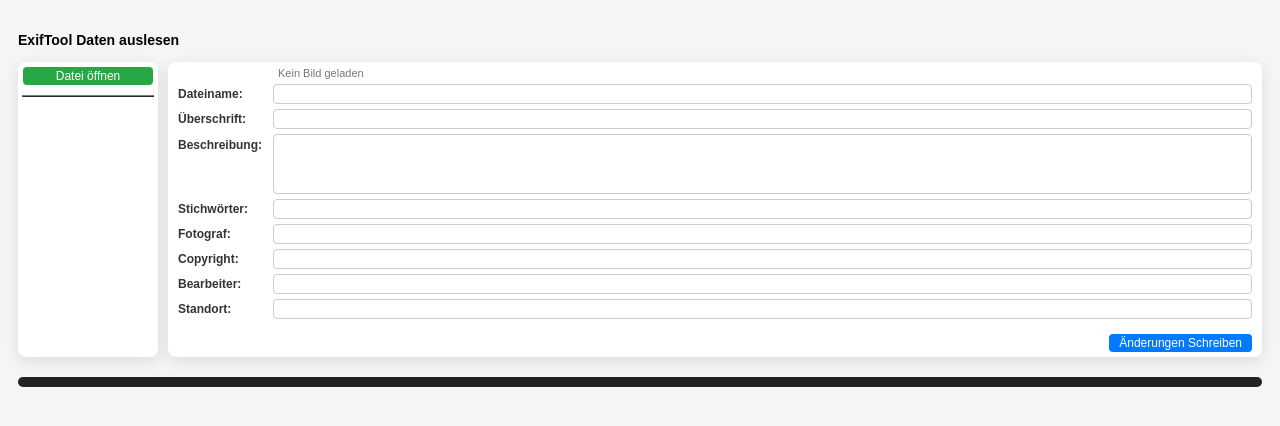
Repository: h-fahle/metadata
Page: ui/index.html
These files come from the project's save history. The page is drawn as it stood at one moment and after the next save; the edit follows.
The browser window is 1280 px wide. The pictures show the whole page.

Above is the page before, as saved 2026-08-17 11:10:38.

### ui/index.html
<!DOCTYPE html>
<html lang="de">

<head>
	<meta charset="UTF-8">
	<title>Tauri ExifTool Test</title>
	<link rel="stylesheet" href="style.css">
</head>

<body>
	<h3>ExifTool Daten auslesen</h3>

	<input type="hidden" id="bildpfad" value="">

	<div class="main-container">

		<!-- Das Vorschaubild links -->
		<div id="sidebar">
			<button id="file-open" onclick="dateiAuswählen()">Datei öffnen</button>
			<img id="vorschau-bild" src="" />
		</div>

		<!-- Das Formular rechts -->
		<form action="" method="post">

			<div id="ordner-pfad"
				style="margin-left: 100px; margin-bottom: 2px; color: #777777; font-size: 11px; font-family: Arial, sans-serif; word-break: break-all;">
				Kein Bild geladen
			</div>

			<p>
				<label for="filename">Dateiname:</label>
				<input type="text" id="filename" name="filename" title="Im Einzelmodus: Änderung des Dateinamens bewirkt Umbenennung der Datei.
Im Stapelmodus: Ordnername is nicht änderbar." />
			</p>
			<p>
				<label for="caption">Überschrift:</label>
				<input type="text" id="caption" name="caption" title="Auch (Dokument-)Titel, Schlagzeile, Headline" />
			</p>
			<p>
				<label for="description">Beschreibung:</label>
				<textarea id="description" name="description" style="min-height: 60px;" title="Beschreibender Text in beliebiger Länge.
(Im Stapelmodus wird der eingegebene Text an vorhandenen angehängt.)
Hinweis: Einige Programme zeigen nur 2.000 Zeichen oder auch weniger an."></textarea>
			</p>
			<p>
				<label for="keywords">Stichwörter:</label>
				<input type="text" id="keywords" name="keywords" title="Komma-separierte Liste. Groß-/Kleinschreibung beachten.
Im Stapelmodus werden die eingegebenen Stichwörter an vorhandene angehängt." />
			</p>
			<p>
				<label for="creator">Fotograf:</label>
				<input type="text" id="creator" name="creator" title="Urheber, Ersteller, Autor
(Tags: Artitst, Creator, By-line)" />
			</p>
			<p>
				<label for="copyright">Copyright:</label>
				<input type="text" id="copyright" name="copyright" title="Urheberrechtshinweis; enthält in der Regel:
Name des Fotografen, Aufnahmejahr und Nutzungsrechte;
(z.B. 'Copyright [1975] [Mustermann], Alle Rechte vorbehalten')" />
			</p>
			<p>
				<label for="editor">Bearbeiter:</label>
				<input type="text" id="editor" name="editor" title="Verfasser der Metadaten
(Tags: Caption Writer, Writer Editor)" />
			</p>
			<p>
				<label for="position">Standort:</label>
				<input type="text" id="position" name="position" title="GPS-Koordinaten in Dezimalgrad (51.49129, 8.43317).
Ermitteln der Koordinaten in der Google Maps-Karte:
  1. mit rechter Maustaste auf den Standort klicken,
  2. auf die angezeigten Koordinaten klicken,
  3. der so gespeicherte Wert kann dann mit Strg+V kopiert werden." />
			</p>

			<!-- NEU: Der Speichern-Button am Ende des Formular-Containers -->
			<div style="text-align: right; margin-top: 15px;">
				<button onclick="exifSchreiben(event)" style="background: #007BFF;">Änderungen Schreiben</button>
			</div>

		</form>
	</div> <!-- Ende des main-containers -->

	<div id="ausgabe"></div>

	<script>

		async function dateiAuswählen() {
			try {
				const ergebnis = await window.__TAURI__.core.invoke('plugin:dialog|open', {
					options: {
						title: 'Bilddatei für ExifTool auswählen',
						directory: false,
						multiple: false,
						filters: [
							{ name: 'Bilder', extensions: ['jpg', 'jpeg', 'png', 'gif', 'tif', 'tiff', 'webp', 'avif', 'heic', 'heif'] }
						]
					}
				});

				// Wenn der Nutzer nicht abgebrochen hat (ergebnis ist nicht null)
				if (ergebnis) {
					// Falls das Ergebnis ein Objekt ist (z.B. { path: "..." }), holen wir den Pfad heraus,
					// ansonsten nehmen wir den String direkt.
					const pfad = typeof ergebnis === 'object' ? ergebnis.path : ergebnis;

					document.getElementById("bildpfad").value = pfad;

					// Sofort automatisch die Metadaten einlesen!
					exifAuslesen();
				}
			} catch (fehler) {
				document.getElementById("ausgabe").innerHTML = "<span style='color: red;'>Dialog-Fehler: " + fehler + "</span>";
			}
		}

		async function exifAuslesen() {
			const pfad = document.getElementById("bildpfad").value;
			const ausgabe = document.getElementById("ausgabe");
			const vorschauImg = document.getElementById("vorschau-bild");


			ausgabe.innerText = "Rufe ExifTool auf...";

			try {
				// 1. Metadaten über Rust holen
				const jsonText = await window.__TAURI__.core.invoke('lese_bild_metdaten', { dateipfad: pfad });
				const datenObjekt = JSON.parse(jsonText)[0]; 	// Das 1. JSON-Objekt im JSON-Array in JS-Objekt umwandeln

				document.getElementById('filename').value = datenObjekt.FileName || '';
				document.getElementById('caption').value = datenObjekt.CMB_Caption || '';
				document.getElementById('description').value = datenObjekt.Description || '';
				document.getElementById('keywords').value = datenObjekt.Keywords || '';
				document.getElementById('creator').value = datenObjekt.Creator || '';
				document.getElementById('copyright').value = datenObjekt.Copyright || '';
				document.getElementById('editor').value = datenObjekt.CMB_Editor || '';
				document.getElementById('position').value = datenObjekt.GPSPosition || '';

				const vollerPfad = pfad;
				// Erkennt automatisch Linux-Schrägstriche (/) und Windows-Backslashes (\)
				const letzterSlash = Math.max(vollerPfad.lastIndexOf('/'), vollerPfad.lastIndexOf('\\'));
				let ordner = "Unbekannt";

				if (letzterSlash !== -1) {
					ordner = vollerPfad.substring(0, letzterSlash);
				}
				// Den berechneten Ordnerpfad in das neue Label schreiben
				document.getElementById('ordner-pfad').innerText = ordner;

				// Wir nehmen das erste Element der Liste (ExifTool liefert immer ein Array)
				// und stellen es schön formatiert im Browser dar
				// ausgabe.innerText = JSON.stringify(datenObjekt[0], null, 2);
				ausgabe.innerText = jsonText;

				// Wir fragen Rust nach dem besten Weg für das Bild
				const vorschauErgebnis = await window.__TAURI__.core.invoke('hole_vorschaubild', { dateipfad: pfad });

				if (vorschauErgebnis === "STANDARD") {
					// Normales JPG/PNG über das Asset-Protokoll
					const assetUrl = window.__TAURI__.core.convertFileSrc(pfad);
					vorschauImg.src = assetUrl + "?t=" + new Date().getTime();
				} else if (vorschauErgebnis.startsWith("data:[embedded picture, 23 characters]")) {
					// TIF/TIFF über den im RAM kompilierten Rust-Wandler
					vorschauImg.src = vorschauErgebnis;
				}

				vorschauImg.style.display = "block";

			} catch (fehler) {
				ausgabe.innerHTML = "<span style='color: red;'>Fehler: " + fehler + "</span>";
				vorschauImg.style.display = "none";
				infoText.innerText = "Fehler beim Laden";
			}
		}

		async function exifSchreiben(ereignis) {
			if (ereignis) ereignis.preventDefault();  // verbietet dem Browser den automatischen Seiten-Reset!

			const pfad = document.getElementById("bildpfad").value;
			const ausgabe = document.getElementById("ausgabe");

			ausgabe.innerText = "Speichere Daten über ExifTool...";

			// Wir sammeln alle aktuellen Werte aus den Eingabefeldern ein
			const daten = {
				dateipfad: pfad,
				filename: document.getElementById('filename').value,
				caption: document.getElementById('caption').value,
				description: document.getElementById('description').value,
				keywords: document.getElementById('keywords').value.split(',').map(s => s.trim()).join(', '),
				creator: document.getElementById('creator').value,
				copyright: document.getElementById('copyright').value,
				editor: document.getElementById('editor').value,
				gps: document.getElementById('position').value
			};

			try {
				// Wir schicken das gesamte Paket an die Rust-Funktion 'schreibe_bild_metdaten'
				const antwort = await window.__TAURI__.core.invoke('schreibe_bild_metdaten', daten);

				// Bei Erfolg zeigen wir die Meldung in grüner Schrift an
				ausgabe.innerHTML = "<span style='color: #00ff00;'>" + antwort + "</span>";

				// 2. Da der Pfad dank preventDefault() jetzt bombenfest im Feld stehen bleibt,
				// funktioniert das Neuladen nun augenblicklich und fehlerfrei!
				await exifAuslesen();

			} catch (fehler) {
				// Falls etwas schiefgeht (z.B. Datei schreibgeschützt), zeigen wir den Fehler an
				ausgabe.innerHTML = "<span style='color: red;'>Fehler beim Speichern: " + fehler + "</span>";
			}
		}

	</script>
</body>

</html>

### ui/style.css
body {
	font-family: sans-serif;
	font-size:12px;
	padding: 10px;
	background: #f5f5f5;
}

button {
	padding: 2px 10px;
	font-size: 12px;
	cursor: pointer;
	background: #28a745;
	color: white;
	border: none;
	border-radius: 4px;
}

#ausgabe {
	margin-top: 20px;
	background: #222;
	color: #00ff00;
	padding: 5px;
	border-radius: 5px;
	font-family: monospace;
	white-space: pre-wrap;
	overflow-x: auto;
}
input#bildpfad {
	width: 350px;
}

/* Der neue Haupt-Container für die Nebeneinander-Ausrichtung */
.main-container {
	margin-top: 10px;
	display: flex;
	flex-direction: row;  /* Elemente nebeneinander */
	gap: 10px;            /* Abstand zwischen Bild und Formular */
	width: 100%;
	box-sizing: border-box;
}

/* Styling für den Bild-Bereich */
#sidebar {
	width: 140px;
	min-width: 140px;

	display: flex;
	flex-direction: column;
  	align-items: center;
  	justify-content: flex-start;

	padding-top: 5px;
	background-color: #ffffff;
	border-radius: 8px;
	box-shadow: 0 4px 15px rgba(0, 0, 0, 0.1);
}
#file-open {
	 width: 130px;
	 margin-bottom: 10px;
}
#vorschau-bild {
	width: 130px;
	height: auto;
	border: 1px outset gray;
}

/* Container des Formulars */
form {
	flex-grow: 1;
	margin: 0;
	padding: 5px 10px;
	background-color: #ffffff;
	border-radius: 8px;
	box-shadow: 0 4px 15px rgba(0, 0, 0, 0.1);
	font-family: Arial, sans-serif;
}

form p {
	display: flex;
	align-items: center;
	margin: 6px 0;       /* Geringer Zeilenabstand */
	width: 100%;
	margin-top: 5px;    /* Kleiner Abstand nach oben */
	margin-bottom: 5px; /* Kleiner Abstand nach unten */
}

label[for="description"] {
    align-self: flex-start;  /* DIESE ZEILE IST DIE RETTUNG: Richtet NUR dieses Label oben aus! */
    margin-top: 4px;         /* Feinjustierung, damit es perfekt auf der Linie der ersten Textzeile liegt */
}


/* Feste Breite für die Labels + Linksbündig */
label {
	display: inline-block;
	width: 95px;
	text-align: left;
	font-weight: bold;
	color: #333333;
	flex-shrink: 0; /* Verhindert, dass der Text zusammengedrückt wird */
}

#ordner-pfad {
	margin-left: 95px;
	margin-bottom: 2px;
	color: #777777;
	font-size: 11px;
	font-family: Arial, sans-serif;
}

/* Eingabefelder füllen den restlichen Platz der Zeile aus */
input[type="text"],
textarea {
	flex-grow: 1; /* Alle Felder starten exakt an der gleichen Linie */
	width: 100%;
	min-width: 0;
	padding: 2px;
	border: 1px solid #cccccc;
	border-radius: 4px;
	box-sizing: border-box;
	font-size: 12px;
}
textarea {
    /* DIESE BEIDEN ZEILEN LÖSEN DAS LINUX-PROBLEM ENDGÜLTIG: */
    field-sizing: content;   /* Die Box wächst automatisch zeilenweise mit! */
    overflow: hidden;        /* Schaltet Scrollbalken und damit den Bug komplett ab */
    resize: none;            /* Der Nutzer muss nicht mehr manuell ziehen */
}

/* Aktives Feld bei Klick */
input:focus,
textarea:focus {
	border-color: #007BFF;
	outline: none;
	box-shadow: 0 0 5px rgba(0, 123, 255, 0.5);
}

/* Der Absendeknopf richtet sich nach den Eingabefeldern aus */
.button-group {
	display: flex;
	justify-content: flex-end;
}

button[type="submit"] {
	width: 200px;
	padding: 12px;
	background-color: #007BFF;
	color: white;
	border: none;
	border-radius: 4px;
	font-size: 16px;
	cursor: pointer;
	transition: background-color 0.3s ease;
}
button[type="submit"]:hover {
	background-color: #0056b3;
}

After the next save:
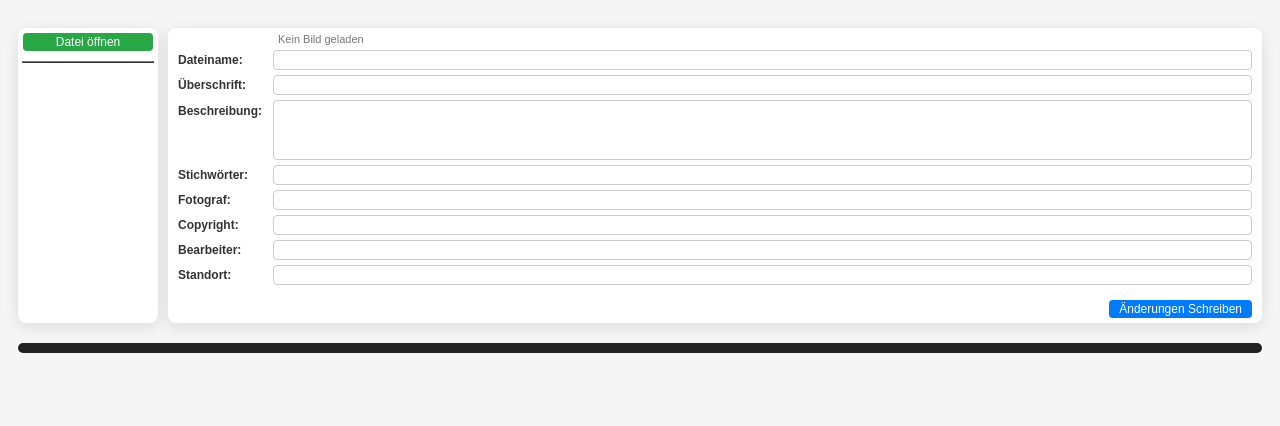
Saved 7 min 49 s later.
--- a/ui/index.html
+++ b/ui/index.html
@@ -8,9 +8,6 @@
 </head>
 
 <body>
-	<h3>ExifTool Daten auslesen</h3>
-
-	<input type="hidden" id="bildpfad" value="">
 
 	<div class="main-container">
 
@@ -84,6 +81,8 @@ Ermitteln der Koordinaten in der Google Maps-Karte:
 	<div id="ausgabe"></div>
 
 	<script>
+
+		let aktuellerBildPfad = "";
 
 		async function dateiAuswählen() {
 			try {
@@ -104,7 +103,7 @@ Ermitteln der Koordinaten in der Google Maps-Karte:
 					// ansonsten nehmen wir den String direkt.
 					const pfad = typeof ergebnis === 'object' ? ergebnis.path : ergebnis;
 
-					document.getElementById("bildpfad").value = pfad;
+					aktuellerBildPfad = pfad;
 
 					// Sofort automatisch die Metadaten einlesen!
 					exifAuslesen();
@@ -115,7 +114,7 @@ Ermitteln der Koordinaten in der Google Maps-Karte:
 		}
 
 		async function exifAuslesen() {
-			const pfad = document.getElementById("bildpfad").value;
+			const pfad = aktuellerBildPfad;
 			const ausgabe = document.getElementById("ausgabe");
 			const vorschauImg = document.getElementById("vorschau-bild");
 
@@ -176,7 +175,7 @@ Ermitteln der Koordinaten in der Google Maps-Karte:
 		async function exifSchreiben(ereignis) {
 			if (ereignis) ereignis.preventDefault();  // verbietet dem Browser den automatischen Seiten-Reset!
 
-			const pfad = document.getElementById("bildpfad").value;
+			const pfad = aktuellerBildPfad;
 			const ausgabe = document.getElementById("ausgabe");
 
 			ausgabe.innerText = "Speichere Daten über ExifTool...";
